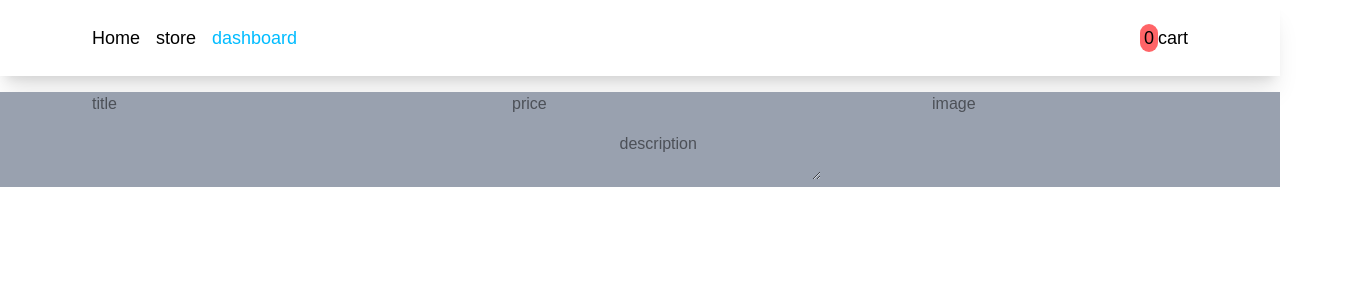
Repository: Rohullah-Noori/Nextjs-online-shop
Page: /dashboard
The author's editor kept a copy of each file at every save. The page is drawn from the files as they stood at one save, then again after the next save.
The browser window is 1280 px wide. The page is 1360 px wide, so the pictures cover 1360 px, including what lies to the right of the window. The pictures show the whole page.
The project was rebuilt for these pictures with package versions that can differ from the ones it lists, and the page was loaded fresh each time. The framework's server and built-in components were replaced by stand-ins that run in the browser. Also part of the build but not shown: next.config.ts.

Above is the page before, as saved 2025-05-28 10:43:48.

### src/app/dashboard/page.tsx
import React from "react";
import Container from "../components/Container";

export default function Dashboard() {
  return (
    <div className="bg-gray-400 text-center">
      <Container>
        <div className="">
          <div className="grid grid-cols-3 gap-x-1 mt-2 mb-4 mx-3 ">
            <input type="text" placeholder="title" />
            <input type="text" placeholder="price" />
            <input type="text" placeholder="image" />
          </div>
          <textarea placeholder="description"></textarea>
        </div>
      </Container>
    </div>
  );
}

### src/app/components/Layout.tsx
import React from "react";
import Navbar from "./Navbar";

interface IlayoutProps {
  children: React.ReactNode;
}

export default function Layout({ children }: IlayoutProps) {
  return (
    <div>
      <Navbar />
      {children}
    </div>
  );
}

### src/app/context/page.tsx
"use client";
import React, { createContext, useContext, useEffect, useState } from "react";
import { json } from "stream/consumers";

type IshopContextProps = {
  children: React.ReactNode;
};

type cartItems = {
  id: number;
  qty: number;
};

type TshopingContext = {
  cart: cartItems[];
  HandleincreasetoCard: (id: number) => void;
  getProductqty: (id: number) => number;
  totalitemsqty: number;
  handledecreasetoCard: (id: number) => void;
  RemovehandleSubmit: (id: number) => void;
};

const shopingContext = createContext({} as TshopingContext);

export const useShopingContextCustim = () => {
  return useContext(shopingContext);
};

export default function ConextShop({ children }: IshopContextProps) {
  const [cart, setCart] = useState<cartItems[]>([]);

  const getProductqty = (id: number) => {
    return cart.find((item) => item.id == id)?.qty ?? 0;
  };

  const totalitemsqty = cart.reduce((totalgqty, item) => {
    return totalgqty + item.qty;
  }, 0);

  const HandleincreasetoCard = (id: number) => {
    setCart((prev) => {
      const isnotExist = prev.find((item) => item.id === id) == null;
      if (isnotExist) {
        return [...prev, { id: id, qty: 1 }];
      } else {
        return prev.map((item) => {
          if (item.id == id) {
            return { ...item, qty: item.qty + 1 };
          } else {
            return item;
          }
        });
      }
    });
  };

  const handledecreasetoCard = (id: number) => {
    setCart((prev) => {
      const islastOne = prev.find((item) => item.id == id)?.qty == 1;
      if (islastOne) {
        return prev.filter((item) => item.id != id);
      } else {
        return prev.map((item) => {
          if (item.id == id) {
            return {
              ...item,
              qty: item.qty - 1,
            };
          } else {
            return item;
          }
        });
      }
    });
  };

  const RemovehandleSubmit = (id: number) => {
    setCart((prev) => {
      return prev.filter((item) => item.id != id);
    });
  };

  useEffect(() => {
    const StoredCards = localStorage.getItem("cart");
    if (StoredCards) {
      try {
        setCart(JSON.parse(StoredCards));
      } catch (error) {
        console.error("Failed to parse stored cart data:", error);
        setCart([]);
      }
    }
  }, []);

  useEffect(() => {
    localStorage.setItem("cart", JSON.stringify(cart));
  }, [cart]);

  return (
    <shopingContext.Provider
      value={{
        cart,
        HandleincreasetoCard,
        getProductqty,
        totalitemsqty,
        handledecreasetoCard,
        RemovehandleSubmit,
      }}
    >
      {children}
    </shopingContext.Provider>
  );
}

### src/app/components/Container.tsx
import React from "react";
interface IContainerProps {
  children: React.ReactNode;
}

export default function Container({ children }: IContainerProps) {
  return <div className="container mx-20">{children}</div>;
}

### src/app/components/Navbar.tsx
"use client";
import Link from "next/link";
import { usePathname } from "next/navigation";

import React from "react";
import Container from "./Container";
import { useShopingContextCustim } from "../context/page";

export default function Navbar() {
  const { totalitemsqty } = useShopingContextCustim();
  const pathname = usePathname();
  const navlinks = [
    {
      title: "Home",
      href: "/",
    },
    {
      title: "store",
      href: "/store",
    },
    {
      title: "dashboard",
      href: "/dashboard",
    },
  ];

  return (
    <nav className="  flex p-3 mb-4 text-lg  shadow-xl  ">
      <Container>
        <div className="flex justify-between my-3 ">
          <div>
            {navlinks.map((item) => (
              <Link
                key={item.href}
                className={`mr-4 ${
                  pathname === item.href ? "text-sky-400" : ""
                }`}
                href={item.href}
              >
                {item.title}
              </Link>
            ))}
          </div>
          <div>
            <span className="bg-red-400 rounded-4xl p-1">{totalitemsqty}</span>
            <Link href="/cart">cart</Link>
          </div>
        </div>
      </Container>
    </nav>
  );
}

Loaded but not shown: src/app/layout.tsx (common file); src/app/globals.css (common file)

After the next save:
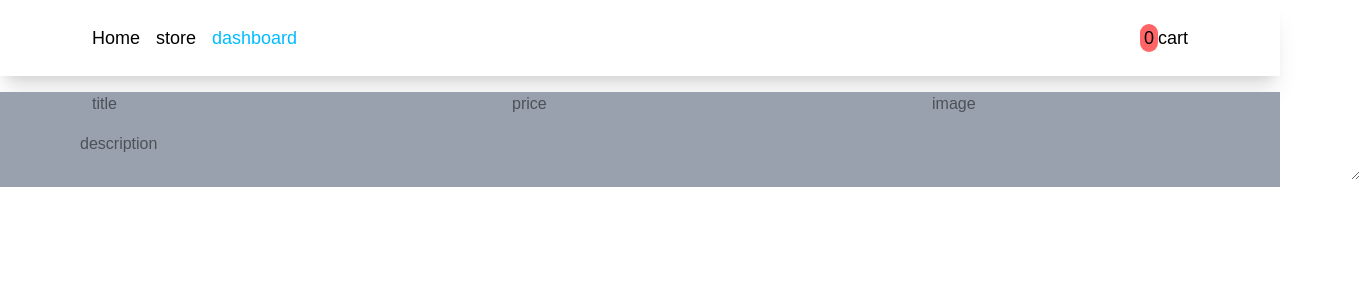
Saved 20 s later.
--- a/src/app/dashboard/page.tsx
+++ b/src/app/dashboard/page.tsx
@@ -11,7 +11,7 @@ export default function Dashboard() {
             <input type="text" placeholder="price" />
             <input type="text" placeholder="image" />
           </div>
-          <textarea placeholder="description"></textarea>
+          <textarea placeholder="description" className="w-full"></textarea>
         </div>
       </Container>
     </div>
